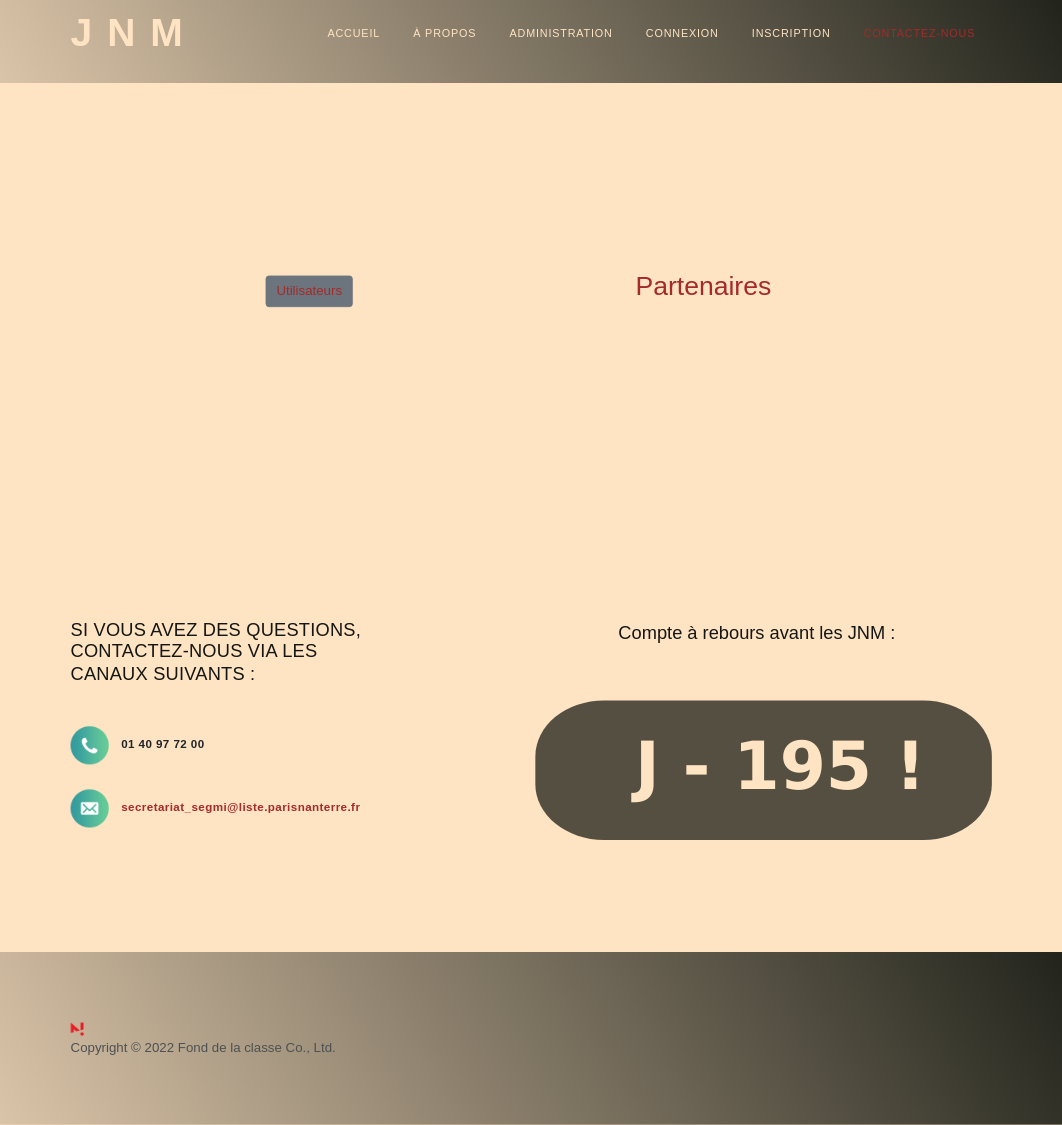
Repository: RiadNadri/ProjetWeb2022
Page: templates/Admin/admin.html.twig
An editor plug-in stored every save of this project. The page is shown before and after the next save, followed by the edit.
The browser window is 1280 px wide. The pictures show the whole page, at 83% of full size.
Some web fonts or font styles are not loaded; a fallback is used. The page is a Twig template of a Symfony application; nobody is signed in and links lead nowhere. The template is opened directly, without the code that normally fills it, so the values that code supplies are empty.

Above is the page before, as saved 2022-12-24 17:10:24.

After the next save:
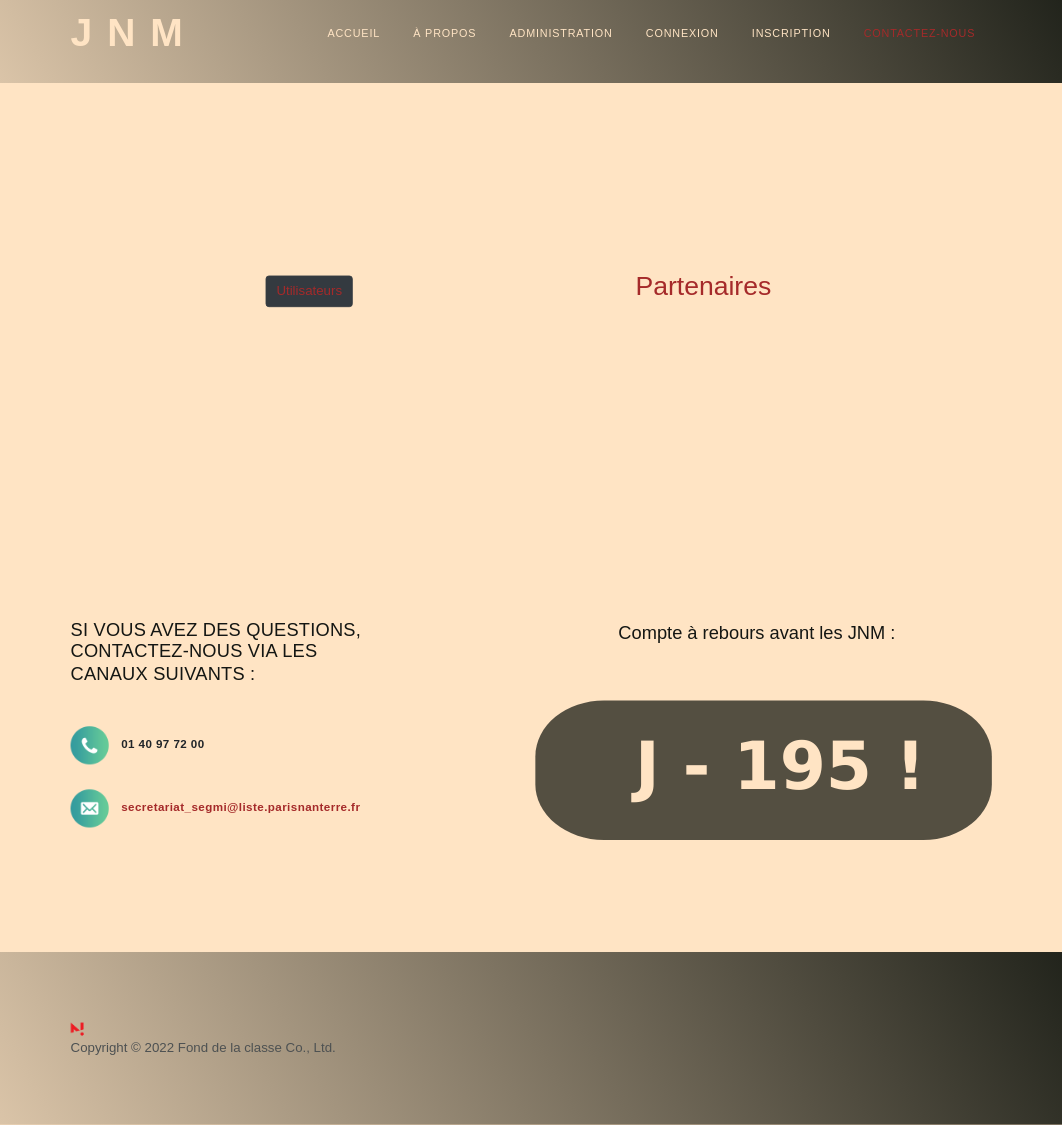
Saved 20 s later.
--- a/templates/Admin/admin.html.twig
+++ b/templates/Admin/admin.html.twig
@@ -18,7 +18,7 @@
 </style>
 
 <div class="buttonUser">
-    <div class="btn btn-secondary" >
+    <div class="btn btn-dark" >
         <a href="{{path('app_user')}}">Utilisateurs</a>
     </div>
     <a class="buttonPartenaire" href="{{path('app_partenaire')}}">Partenaires</a>
